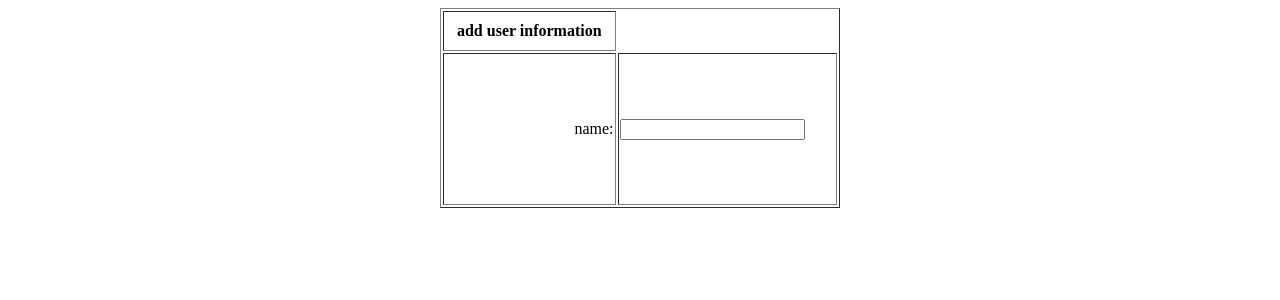
Repository: GetHubByYc/MyEclipse
Page: http://localhost/jsp_6/
These files come from the project's save history. The page is drawn as it stood at one moment and after the next save; the edit follows.
The browser window is 1280 px wide. The pictures show the whole page.
The page is served by Tomcat 9.

Above is the page before, as saved 2015-11-09 04:47:26.

After the next save:
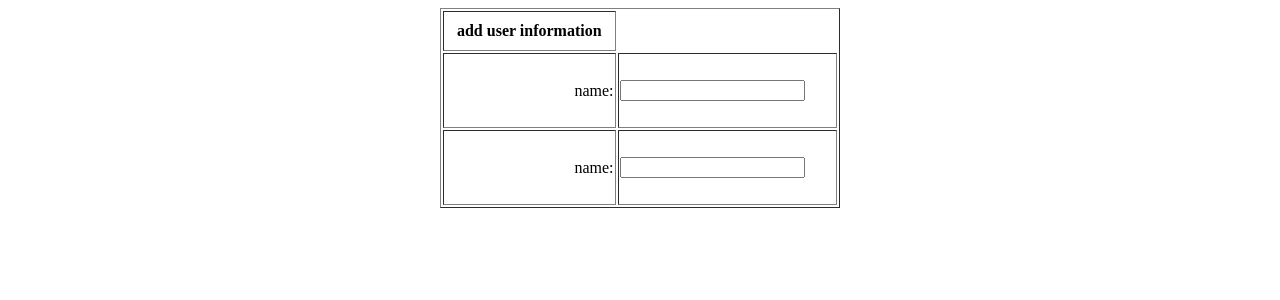
Saved 31 s later.
--- a/jsp_6/WebRoot/index.jsp
+++ b/jsp_6/WebRoot/index.jsp
@@ -34,6 +34,12 @@ String basePath = request.getScheme()+"://"+request.getServerName()+":"+request.
   					<input type='text' name='name'>
   				</td>
   			</tr>
+<tr>
+  				<td align='right'>name: </td>
+  				<td>
+  					<input type='text' name='name'>
+  				</td>
+  			</tr>
   		</table>
   	</form>
   </body>
